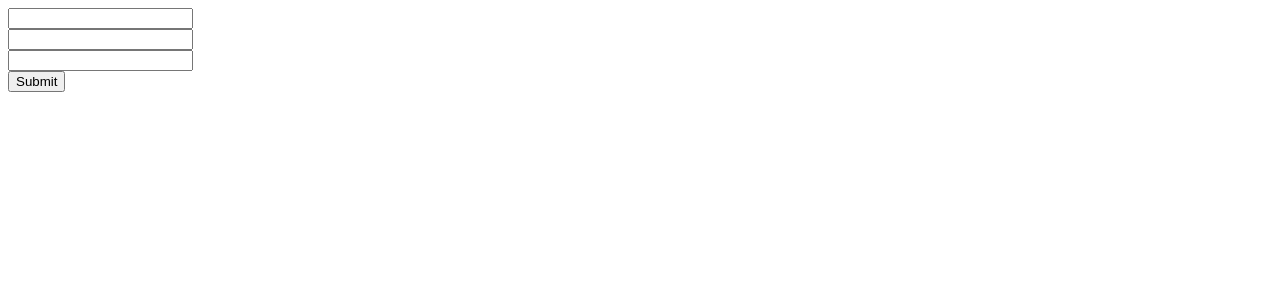
Repository: TejaswiniKavya/Test
Page: http://localhost/firstweb/
These files come from the project's save history. The page is drawn as it stood at one moment and after the next save; the edit follows.
The browser window is 1280 px wide. The pictures show the whole page.
The page is served by Tomcat 9. Other server files are loaded and not shown.

Above is the page before, as saved 2019-07-01 10:26:53.

### firstweb/src/main/webapp/index.jsp
<html>
<body>
	<form action="add">

		<input type="text" name="t1"?></br>
		<input type="text" name="t2"?></br>
		<input type="text" name="t3"?></br>
		<input type="submit">

	</form>
</body>
</html>

After the next save:
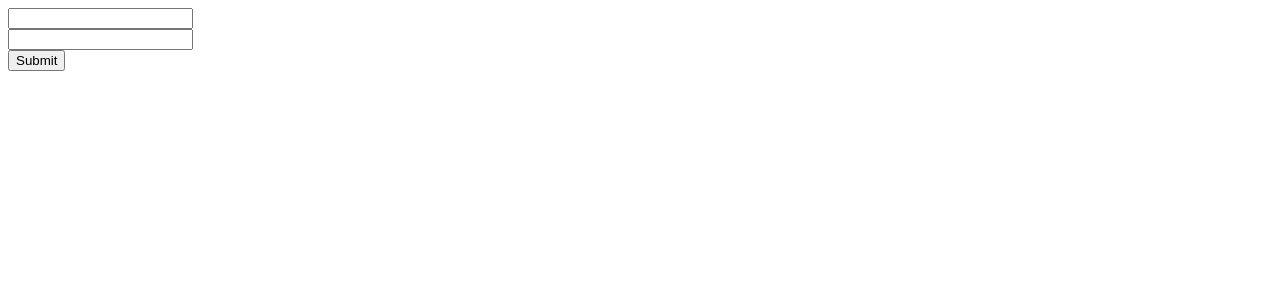
Saved 18 s later.
--- a/firstweb/src/main/webapp/index.jsp
+++ b/firstweb/src/main/webapp/index.jsp
@@ -4,7 +4,7 @@
 
 		<input type="text" name="t1"?></br>
 		<input type="text" name="t2"?></br>
-		<input type="text" name="t3"?></br>
+
 		<input type="submit">
 
 	</form>
